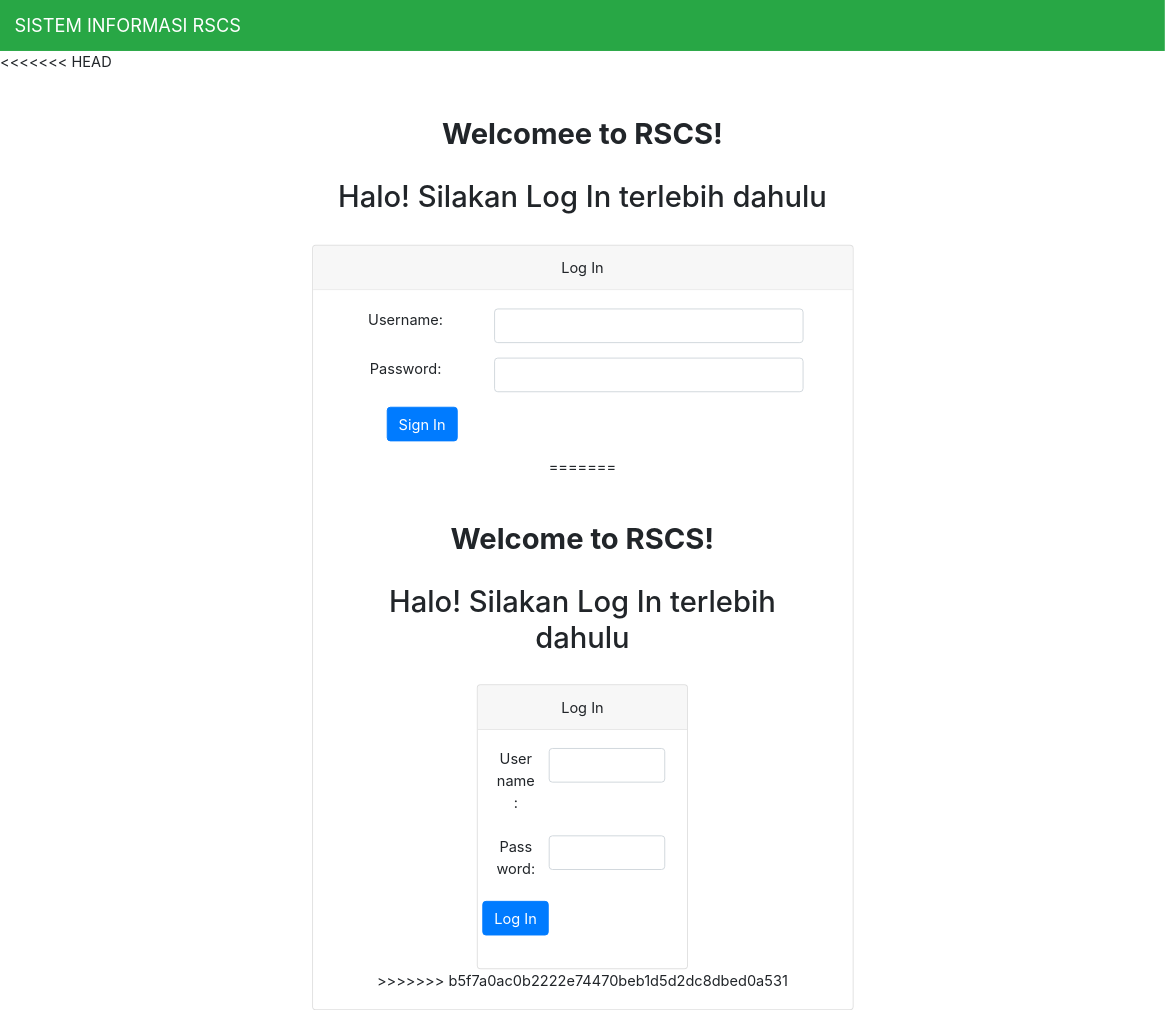
Repository: usamah1707/Tugas-Akhir-Kelompok-6
Page: http://localhost/login
The author's editor kept a copy of each file at every save. The page is drawn from the files as they stood at one save, then again after the next save.
The browser window is 1280 px wide. The pictures show the whole page, at 91% of full size.
The page is this project's Thymeleaf template; nobody is signed in. The template is opened directly, without the code that normally fills it, so the values that code supplies are empty.

Above is the page before, as saved 2019-06-04 07:21:42.

After the next save:
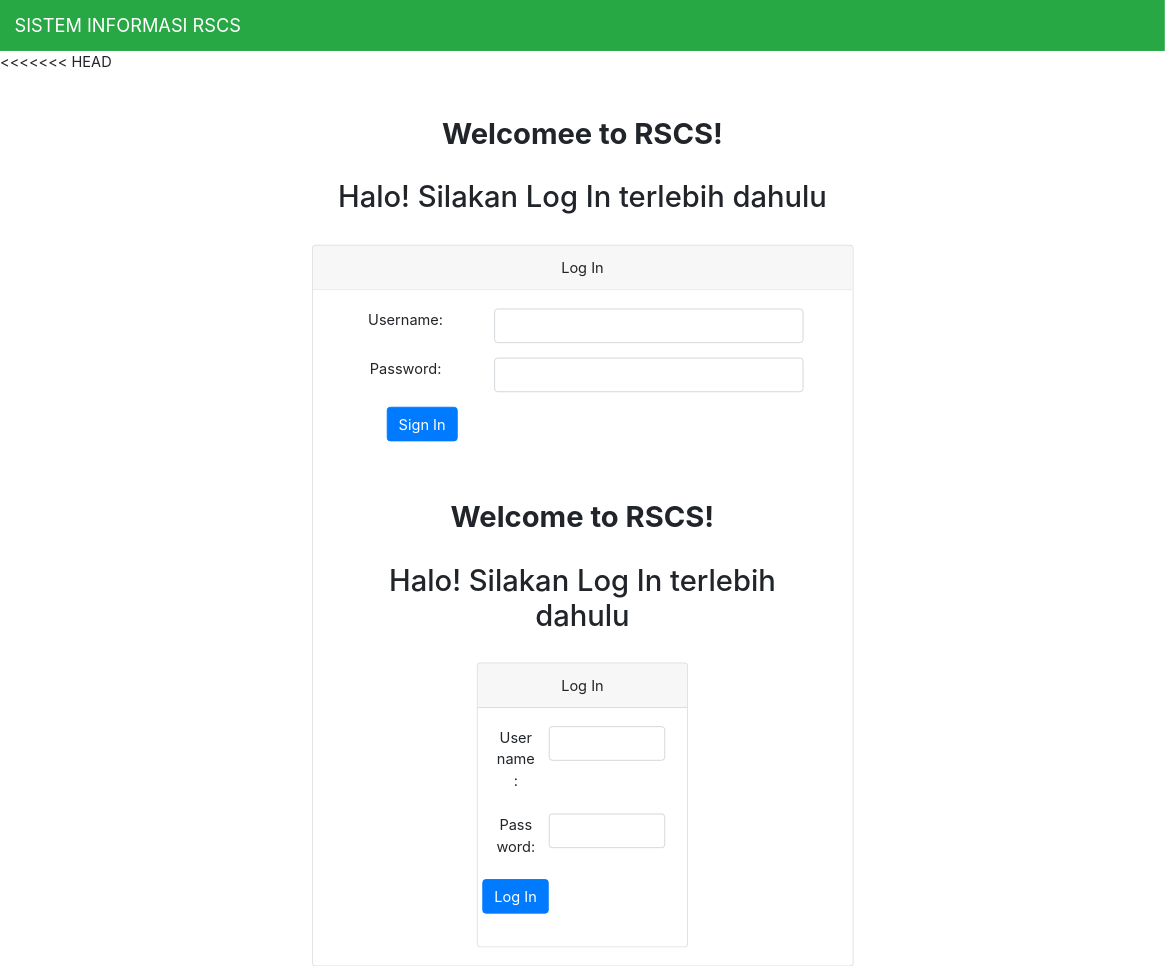
Saved 45 s later.
--- a/TA_6/src/main/resources/templates/login.html
+++ b/TA_6/src/main/resources/templates/login.html
@@ -54,7 +54,6 @@
                             &nbsp &nbsp &nbsp &nbsp &nbsp &nbsp &nbsp &nbsp &nbsp <button type="submit" class="btn btn-primary" align = "center">Sign In</button>
                             </div>
                         </form>
-=======
 <div class="container-fluid" >
 
     <div class="row"  >
@@ -99,7 +98,6 @@
                                 </div>
                             </div>
                         </div>
->>>>>>> b5f7a0ac0b2222e74470beb1d5d2dc8dbed0a531
                     </div>
 </body>
 
